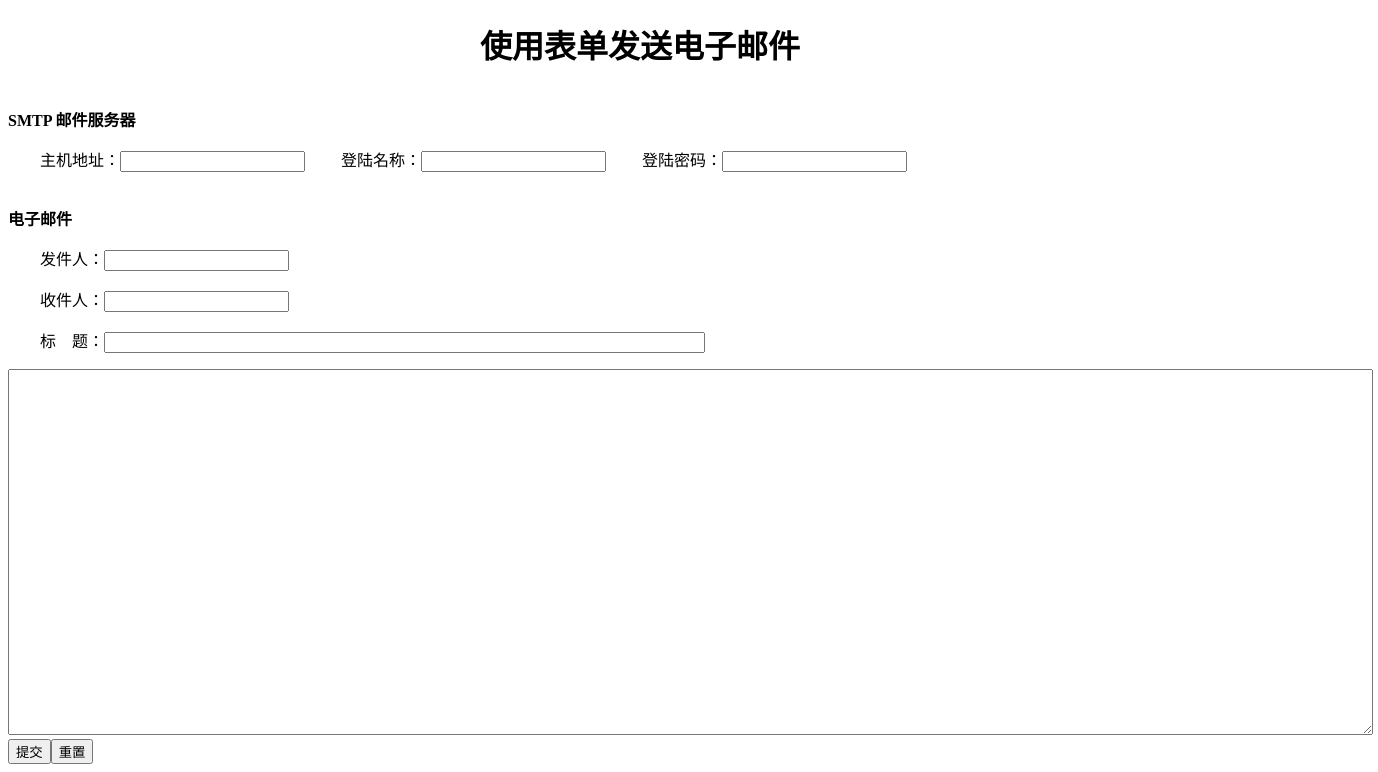
Repository: eterinfi/java
Page: jee/JSPDemo/WebContent/sendemail.html
These files come from the project's save history. The page is drawn as it stood at one moment and after the next save; the edit follows.
The browser window is 1280 px wide. The page is 1378 px wide, so the pictures cover 1378 px, including what lies to the right of the window. The pictures show the whole page.

Above is the page before, as saved 2016-11-15 10:55:38.

### jee/JSPDemo/WebContent/sendemail.html
<!DOCTYPE html>
<html>
<head>
  <meta charset="UTF-8">
  <title>使用表单发送电子邮件</title>
</head>
<body>
  <h1 align="center">使用表单发送电子邮件</h1>
  <br />
  <form action="SendSubmittedEmail.jsp" method="POST">
    <label><strong>SMTP 邮件服务器</strong></label>
    <p>
      <span>　　主机地址：<input type="text" name="host" /></span>
      <span>　　登陆名称：<input type="text" name="user" /></span>
      <span>　　登陆密码：<input type="password" name="password" /></span>
    </p>
    <br />
    <label><strong>电子邮件</strong></label>
    <p>　　发件人：<input type="text" name="from" /></p>
    <p>　　收件人：<input type="text" name="to" /></p>
    <p>　　标　题：<input type="text" size="72" name="subject" /></p>
    <textarea name="body" cols="168" rows="24">
    </textarea>
    <button type="submit">提交</button><button type="reset">重置</button>
  </form>
</body>
</html>

After the next save:
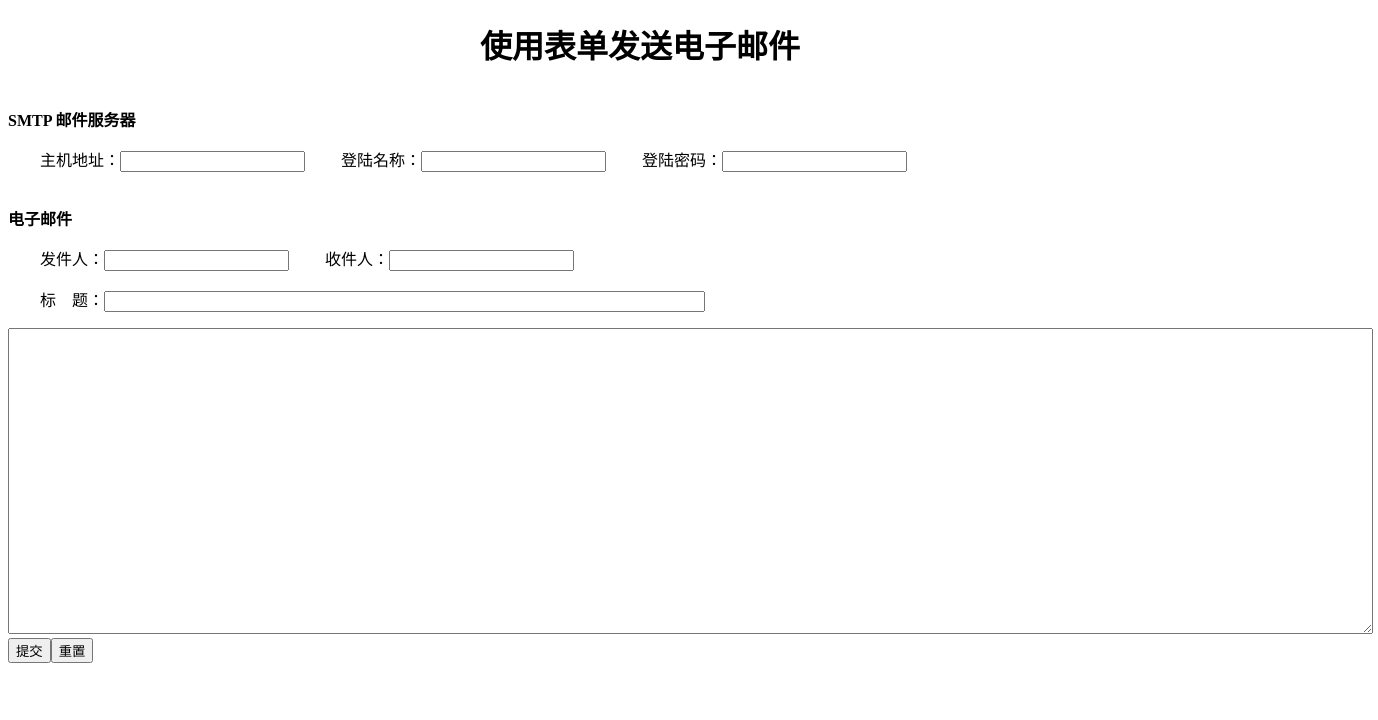
Saved 45 s later.
--- a/jee/JSPDemo/WebContent/sendemail.html
+++ b/jee/JSPDemo/WebContent/sendemail.html
@@ -16,10 +16,12 @@
     </p>
     <br />
     <label><strong>电子邮件</strong></label>
-    <p>　　发件人：<input type="text" name="from" /></p>
-    <p>　　收件人：<input type="text" name="to" /></p>
+    <p>
+      <span>　　发件人：<input type="text" name="from" /></span>
+      <span>　　收件人：<input type="text" name="to" /></span>
+    </p>
     <p>　　标　题：<input type="text" size="72" name="subject" /></p>
-    <textarea name="body" cols="168" rows="24">
+    <textarea name="body" cols="168" rows="20">
     </textarea>
     <button type="submit">提交</button><button type="reset">重置</button>
   </form>
